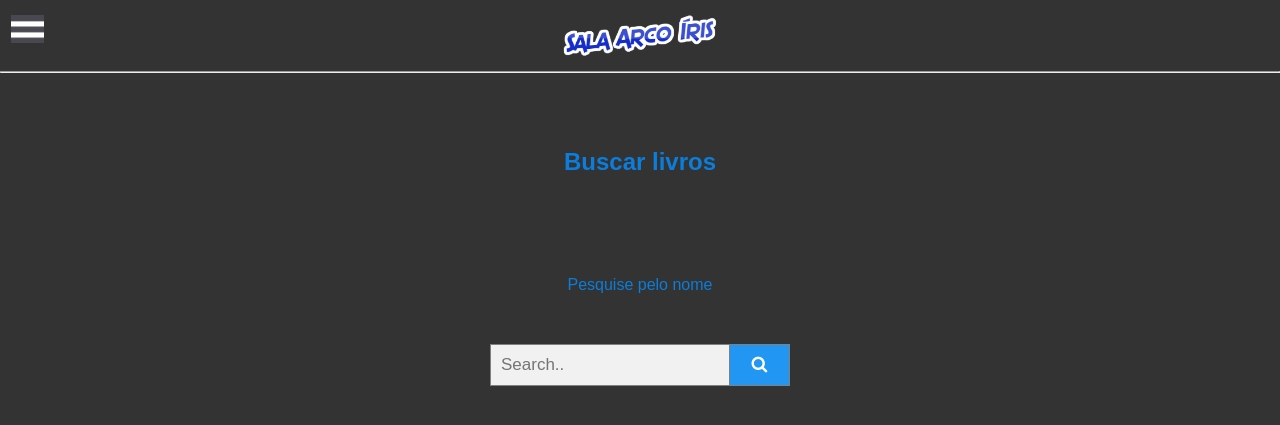
Repository: yuriandreisilva/projeto-individual-senai
Page: SalaArcoIris/WebContent/pages/listaLivros.html
The author's editor kept a copy of each file at every save. The page is drawn from the files as they stood at one save, then again after the next save.
The browser window is 1280 px wide. The pictures show the whole page.

Above is the page before, as saved 2020-12-12 12:55:14.

### SalaArcoIris/WebContent/pages/listaLivros.html
<!DOCTYPE html>
<html lang="pt-br">
<head>
	<meta charset="UTF-8">
	<meta name="description" content="Sala Arco Iris - Biblioteca">
	<meta name="keywords" content="Livros">
	<meta name="author" content="Yuri Andrei da Silva">
	<meta name="viewport" content="width=device-width, initial-scale=1.0">
	<title> Lista Livros - Sala Arco Íris</title>
	<link rel="stylesheet" href="../css/menuFixo.css">
	<link rel="stylesheet" href="../css/listaBusca.css">
	<script src="https://code.jquery.com/jquery-3.5.1.min.js" integrity="sha256-9/aliU8dGd2tb6OSsuzixeV4y/faTqgFtohetphbbj0=" crossorigin="anonymous"></script>
	<link rel="stylesheet" href="https://cdnjs.cloudflare.com/ajax/libs/font-awesome/4.7.0/css/font-awesome.min.css">
	<script src="../js/menuFixo.js"></script>

</head>
<body>

<header>
<!-- jquery -->
</header>

<div class="corpo">

<h2>Buscar livros</h2>

<p>Pesquise pelo nome</p>
<form class="example" action="" style="margin:auto;max-width:300px">
  <input type="text" placeholder="Search.." name="search2">
  <button type="submit"><i class="fa fa-search"></i></button>
</form>
</div>


</body>
</html>

### SalaArcoIris/WebContent/css/menuFixo.css
*{
	margin: 0;
	padding: 0;

}

:root{
	--cor_detalhes: #050542;
	--cor_fundo: #333;
	--letra_padrao: "Montserrant", sans-serif;
}

body {
	background: var(--cor_fundo);
}

#check {
	display: none;
}

#icone {
	margin: -4px;
	top: 4px;
	cursor:pointer;
	padding: 15px;
	position: absolute;
	z-index: 1;
	align: center;
}

.barra{
	background-color: #333;
	height: 100%;
	width: 300px;
	position: absolute;
	transition: all .2s linear;
	left: -300px;
}

nav{
	width: 100%;
	position: absolute;
	top: 60px;
}

nav a{
	text-decoration: none;

}

.link, .linkSair{
	background-color: #494950;
	padding: 20px;
	font-family: "Arial";
	font-size: 12pt;
	transition: all .2s linear;
	color: #f4f4f9;
	border-bottom:2px solid #222;
	opacity: 0;
	margin-top: 200px;

}

.linkSair{
	position: absolute;
	top: 500px;
	width: 86.2%;
	transition: all .2s linear;
}

.link:hover, .linkSair:hover{
	background-color: #050542;

}

#check:checked ~ .barra{
	transform: translateX(300px);
	border-right: 1px solid;
	border-color: #fff;
}

#check:checked ~ .logo {
	margin-left: 300px;
}

.corpo-menor {
	margin-left: 300px !important;

}



.logo img {
	display: block;
    margin-left: auto;
    margin-right: auto;
    width: 14%;


}


#check:checked ~ .icons{
	visibility: hidden;

}

body .corpo {
	height: 535px;
	margin-top: 2%;
}



#check:checked ~ .barra nav a .link, .barra nav a .linkSair {
	opacity: 1;
	margin-top: 0;

}

### SalaArcoIris/WebContent/css/listaBusca.css
body {
  font-family: Arial;
}

* {
  box-sizing: border-box;
}

form.example input[type=text] {
  padding: 10px;
  font-size: 17px;
  border: 1px solid grey;
  float: left;
  width: 80%;
  background: #f1f1f1;
}

form.example button {
  float: left;
  width: 20%;
  padding: 10px;
  background: #2196F3;
  color: white;
  font-size: 17px;
  border: 1px solid grey;
  border-left: none;
  cursor: pointer;
}

form.example button:hover {
  background: #0b7dda;
}

form.example::after {
  content: "";
  clear: both;
  display: table;
}

h2, p {
	color: #0b7dda;
	text-align:center;
	padding: 50px;
}

### SalaArcoIris/WebContent/js/menuFixo.js
$(document).ready(function(){
	$("header").load("/SalaArcoIris/pages/fix/menuFixo.html", function() {
		$("#check").change(function() {
			if(this.checked) {
			   $(".corpo").addClass("corpo-menor");
			}else{
			   $(".corpo").removeClass("corpo-menor");
			}
		});
	});
});

### SalaArcoIris/WebContent/pages/fix/menuFixo.html
<input type="checkbox" id="check">
<label id="icone" for="check"><img src="../imgs/icone_menu.jpg"></label>


<div class="barra">
	<nav>
		<a href="http://localhost:8080/SalaArcoIris/pages/home.html"><div class="link">Home</div></a>
		<a href=""><div class="link">Empréstimos</div></a>
		<a href="http://localhost:8080/SalaArcoIris/pages/listaLivros.html"><div class="link">Livros</div></a>
		<a href="http://localhost:8080/SalaArcoIris/pages/listaAlunos.html"><div class="link">Alunos</div></a>
		<a href=""><div class="link">Relatórios</div></a>
		<a href="http://localhost:8080/SalaArcoIris/index.html"><div class="linkSair">Sair</div></a>
	</nav>
</div>

<div class="logo">
 	<img src="../imgs/logo.png"></label>
	<hr>
</div>

After the next save:
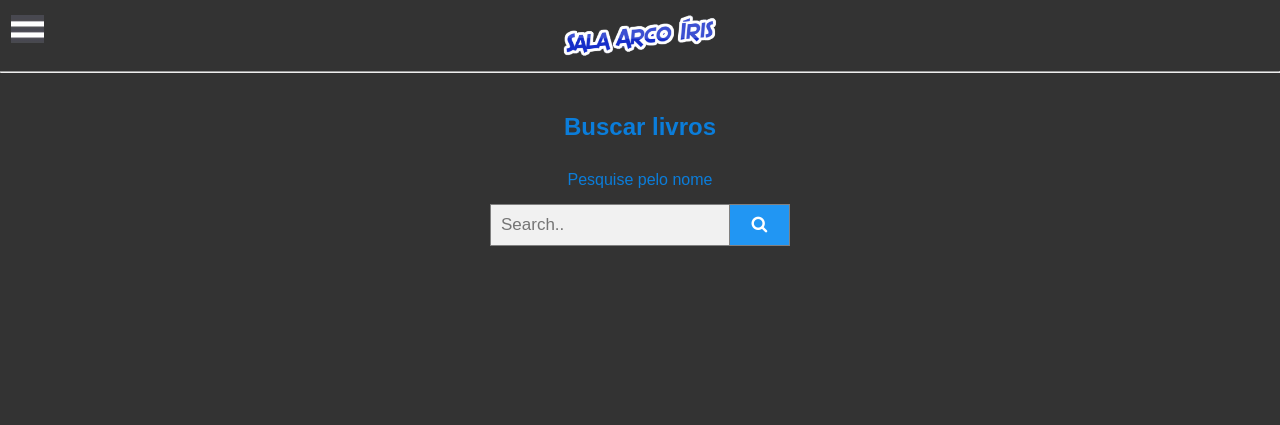
Saved 6 s later.
--- a/SalaArcoIris/WebContent/css/listaBusca.css
+++ b/SalaArcoIris/WebContent/css/listaBusca.css
@@ -40,5 +40,5 @@ form.example::after {
 h2, p {
 	color: #0b7dda;
 	text-align:center;
-	padding: 50px;
+	padding: 15px;
 }
